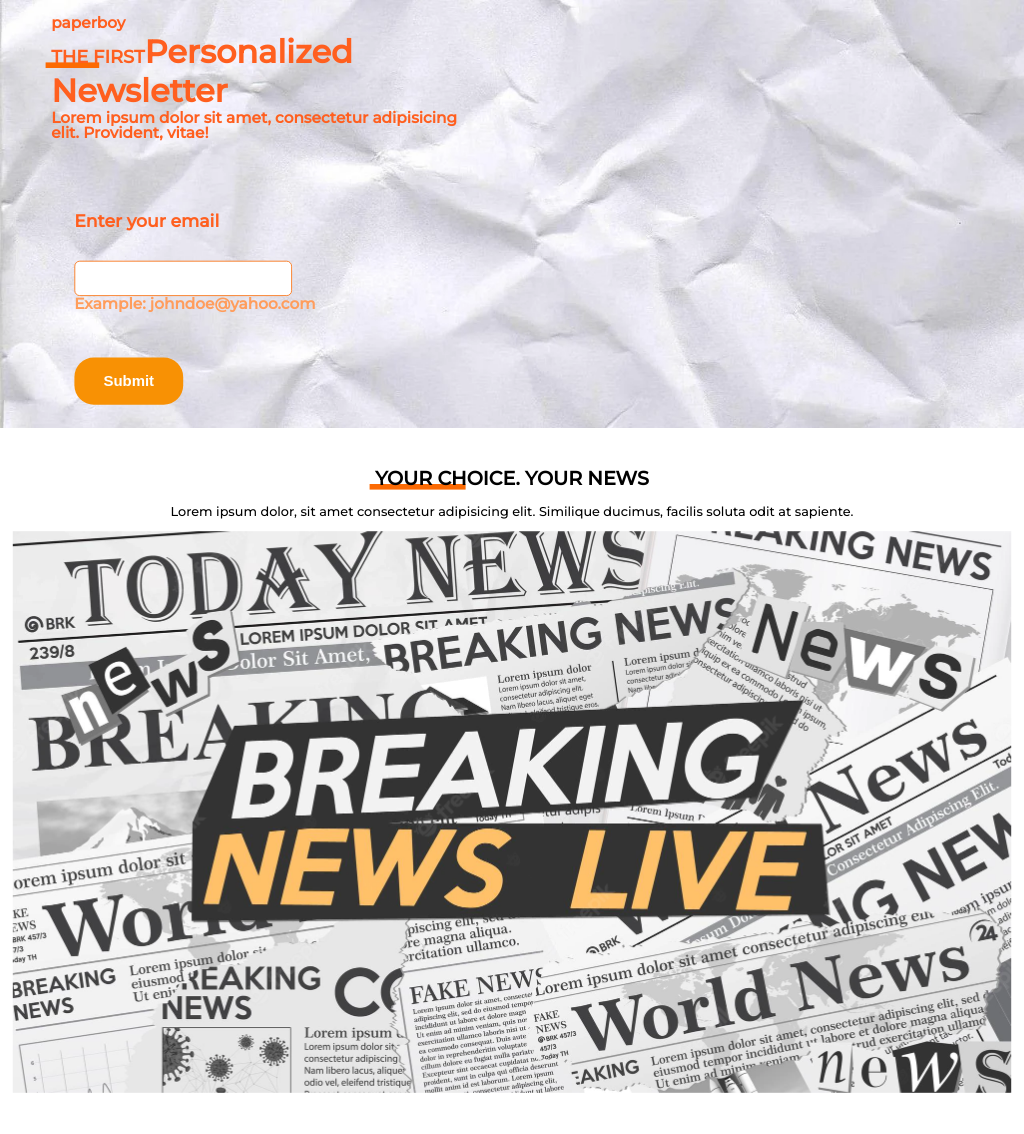
Repository: Gionnn/proiecte
Page: index.html
These files come from the project's save history. The page is drawn as it stood at one moment and after the next save; the edit follows.
The browser window is 1280 px wide. The pictures show the whole page, at 80% of full size.

Above is the page before, as saved 2022-11-28 12:31:34.

### index.html
<!DOCTYPE html>
<html lang="en">
  <head>
    <meta charset="UTF-8" />
    <meta name="viewport" content="width=device-width, initial-scale=1.0" />
    <meta http-equiv="X-UA-Compatible" content="ie=edge" />
    <link rel="stylesheet" href="css/main.css" />
    <title>Paperboy</title>
  </head>

  <body>
    <div class="hero-bg">
      <section class="top">
        <header>
          <a href="index.html">paperboy</a>
        </header>

        <h1><span>The first </span>Personalized Newsletter</h1>
        <p>
          Lorem ipsum dolor sit amet, consectetur adipisicing elit. Provident,
          vitae!
        </p>
        <div class="form-container">
          <form action="">
            <div class="form-left">
              <label for="email">Enter your email</label>
              <input type="text" name="email" id="email" />
              <p>Example: johndoe@yahoo.com</p>
            </div>
            <input type="button" value="Submit" />
          </form>
        </div>
      </section>
    </div>

    <section class="bottom">
      <div class="right-col">
        <h2>Your choice. Your news</h2>
        <p>
          Lorem ipsum dolor, sit amet consectetur adipisicing elit. Similique
          ducimus, facilis soluta odit at sapiente.
        </p>
        <img src="images/paper.jpeg" alt="Breaking News" />
      </div>
    </section>
  </body>
</html>

### css/main.css
@import url("https://fonts.googleapis.com/css2?family=Montserrat:wght@500&display=swap");

body {
  font-family: "Montserrat", sans-serif;
  margin: 0;
}

.hero-bg {
  background: url("../images/background.jpeg");
  color: #ff5f1f;
  text-align: center;
}

header {
  padding-top: 1em;
}
.hero-bg a {
  color: #ff5f1f;
  text-decoration: none;
  font-weight: bold;
  font-size: 1.2rem;
}

section {
  margin: 0 1em;
}

h1 {
  font-size: 2.5rem;
  margin: 2em 0 1.2em;
}

h1 span {
  text-transform: uppercase;
  display: block;
  font-size: 1.4rem;
  position: relative;
  z-index: 1;
}
h1 span::before {
  content: " ";
  position: absolute;
  width: 3em;
  background: #fc6a03;
  height: 0.3em;
  bottom: 0;
  z-index: -1;
  margin-left: -0.3em;
}
.hero-bg p {
  font-weight: bold;
  margin: 0 1em 3em;
  font-size: 1.2rem;
}
.form-container {
  margin: 2em -1em 0;
  padding: 2em;
}
label {
  color: #ff5f1f;
  font-weight: bold;
  display: block;
  margin-bottom: 1em;
  font-size: 1.5em;
}
input[type="text"] {
  border: 1px solid #fc6a03;
  width: 60%;
  padding: 1em;
  box-sizing: border-box;
  border-radius: 0.5em;
  margin-top: 1.2em;
}
.form-container {
  color: #ff9d5c;
  margin-bottom: 1.5em;
  font-weight: normal;
  font-size: 0.9em;
  margin-top: 0.3em;
}
input[type="button"] {
  background-color: #f89104;
  border: none;
  width: 30%;
  color: white;
  font-weight: bold;
  padding: 1em 0;
  border-radius: 1.3em;
  font-size: 1.3em;
  cursor: pointer;
}

input[type="button"]:hover {
  background-color: #c47508;
}

.bottom {
  margin: 0;
}

.right-col {
  text-align: center;
  margin: 3em 1em;
}

h2 {
  text-transform: uppercase;
  position: relative;
}

h2::before {
  content: " ";
  position: absolute;
  width: 5em;
  background: #fc6a03;
  height: 0.3em;
  bottom: 0;
  z-index: -1;
  margin-left: -0.3em;
}

img {
  width: 100%;
}

p {
  line-height: 1em;
}

@media (min-width: 730px) {
  section {
    margin: 0 4em;
  }
  .form-container {
    margin: 2em -4em 0;
  }
}

@media (min-width: 930px) {
  .hero-bg {
    text-align: left;
  }
  .hero-bg p {
    margin: 0 0 3em;
  }
  .hero-bg section {
    width: 40%;
  }
  h1 {
    display: ruby;
  }
  .form-container {
    margin: 2em 0 0;
    padding: 2em;
    border-radius: 0.5em;
  }
}

After the next save:
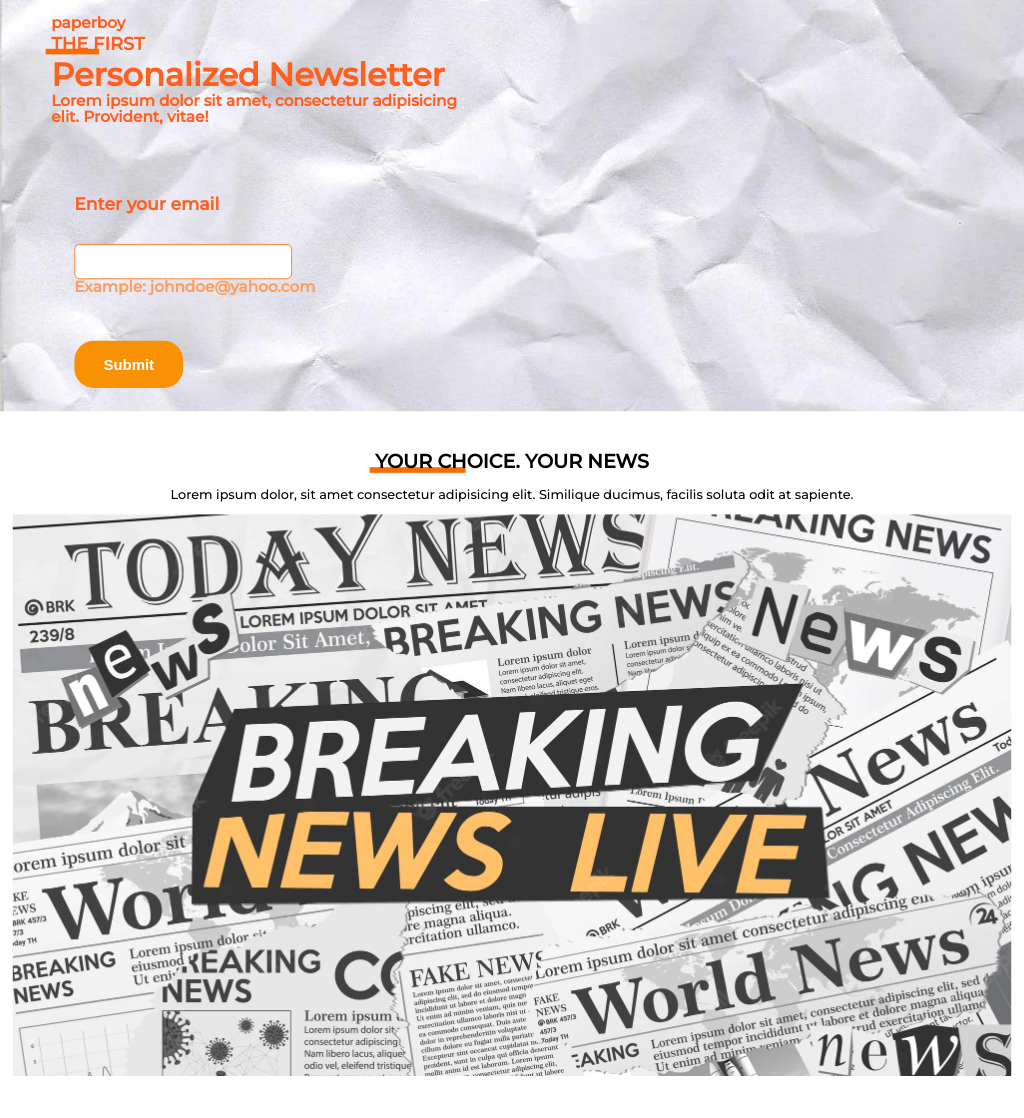
Saved 17 s later.
--- a/css/main.css
+++ b/css/main.css
@@ -147,7 +147,7 @@ p {
     width: 40%;
   }
   h1 {
-    display: ruby;
+    display: inline;
   }
   .form-container {
     margin: 2em 0 0;
